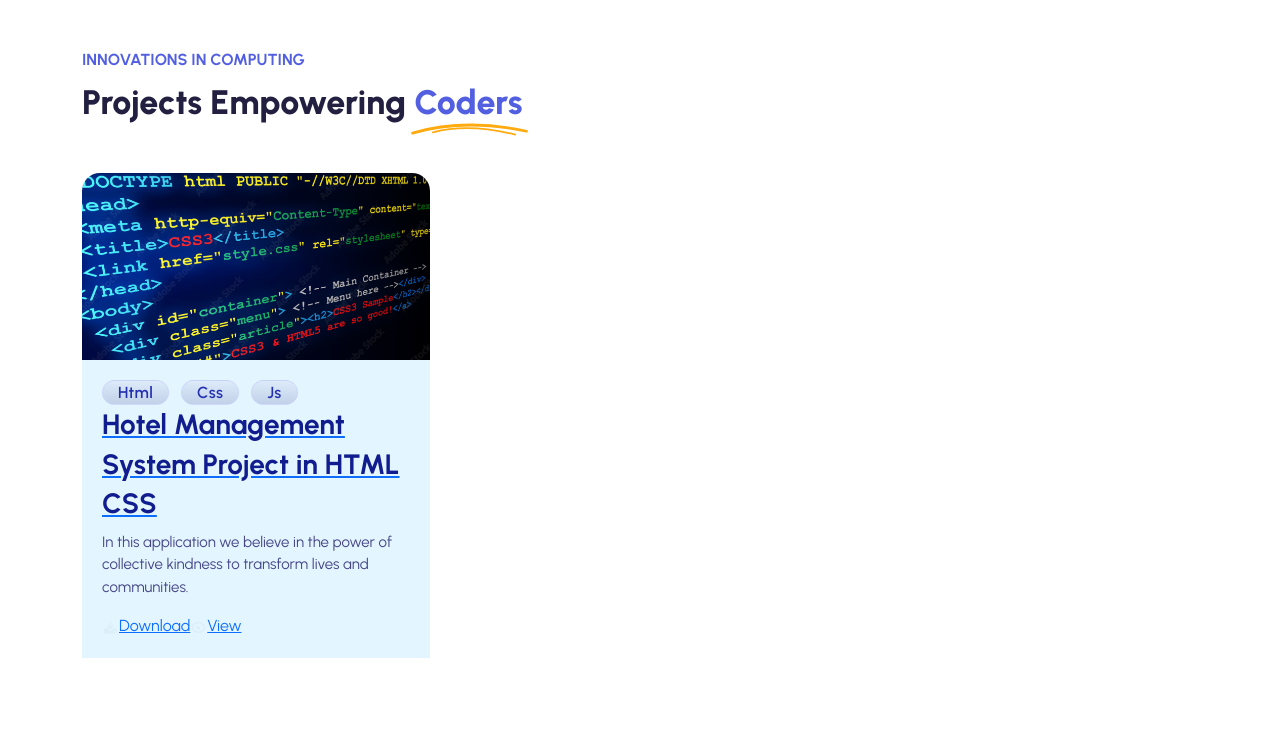
Repository: sharma171/jtccreativeideas
Page: /newsection (app in nextjssite/)
These files come from the project's save history. The page is drawn as it stood at one moment and after the next save; the edit follows.
The browser window is 1280 px wide. The pictures show the whole page.
The project was rebuilt for these pictures with package versions that can differ from the ones it lists, and the page was loaded fresh each time. The framework's server and built-in components were replaced by stand-ins that run in the browser. Also part of the build but not shown: nextjssite/next.config.mjs.

Above is the page before, as saved 2024-03-28 14:13:41.

### nextjssite/src/app/layout.js
// import { Inter } from "next/font/google";
// import "./globals.css";
import 'bootstrap/dist/css/bootstrap.min.css';

// const inter = Inter({ subsets: ["latin"] });

export const metadata = {
  title: "Create Next App",
  description: "Generated by create next app",
};

 const RootLayout = ({ children }) => {
  return (
    <html lang="en">
      <body>
        {/* Layout UI */}
        <main>{children}</main>
      </body>
    </html>
  )
}
export default RootLayout;

### nextjssite/src/app/newsection/page.jsx
import React from 'react'
import "./page.css"
import Headicon from "./after-head-icon.svg"
import Image from 'next/image'
import Link from 'next/link'
import Projimg1 from './images/projsection1.png'
import Projimg2 from './images/projsection2.png'
import Projimg3 from './images/projsection3.png'
import Downloadicon from './images/Download-icon.svg'
import Viewicon from './images/view-icon.svg'
const Page = () => {
    return(
        <>
        <section className="projects">
            <div className="container">
                <div className="col-flex main-head">
                    <h5 className="small-head">Innovations in Computing</h5>
                    <h3 className="bghead">Projects Empowering <span>Coders
                        <Image src={Headicon}></Image></span></h3>
                </div>
                <ul className="row-flex project-cards">
                    <li>

                            <div className="card-inner">
                                <Image src={Projimg1} alt="project" className="thumb"></Image>
                                <div className="info">
                                    <div className="tech-info">
                                        <span>Html</span>
                                        <span>Css</span>
                                        <span>Js</span>
                                    </div>
                                    <Link href="/newsection">
                                    <h3 className="heading">
                                        Hotel Management System Project in HTML CSS
                                    </h3>
                                    </Link>
                                    <p className="cardpara">
                                        In this application we believe in the power of collective kindness to transform lives and communities.
                                    </p>
                                    <div className="card-button">
                                        <a href="" className="bot-button">
                                            <Image src={Downloadicon} alt='icon'></Image>
                                            Download
                                        </a>
                                        <a href="" className="bot-button">
                                            <Image src={Viewicon} alt='icon'></Image>
                                            View
                                        </a>
                                    </div>
                                </div>
                            </div>
                    </li>
                </ul>
            </div>
        </section>
        </>
    )
}
export default Page;

### nextjssite/src/app/newsection/page.css
@import url('https://fonts.googleapis.com/css2?family=Urbanist:ital,wght@0,100..900;1,100..900&display=swap');
* {
    font-family: 'Urbanist', sans-serif;
    font-optical-sizing: auto;
}

section.projects {
    padding: 50px 0;
}
.main-head .small-head {
    color: #525fe1;
    font-size: 16px;
    font-weight: 700;
    text-transform: uppercase;
}
.main-head .bghead {
    color: #231f40;
    font-size: 34px;
    line-height: 1.5em;
    font-weight: 800;
}
.main-head .bghead span {
    color: #525fe1;
    position: relative;
}
.main-head .bghead span img {
    position: absolute;
    top: 100%;
    left: -5.9999999999999964px;
    width: 122.29999999999994px;
    height: 12.600000000000012px;
}
.project-cards {
    padding: 0;
    margin: 45px 0;
    list-style: none;
}
.project-cards li {
    width: calc(33.33333333333333% - 24px);
    border-top-left-radius: 18px;
    border-top-right-radius: 18px;
    background: #E3F5FF;
}
.project-cards li .card-inner {
    display: flex;
    flex-direction: column;
    width: 100%;
    border-top-left-radius: 18px;
    border-top-right-radius: 18px;
}
.project-cards li .card-inner .thumb {
    width: 100%;
    max-width: 100%;
    height: auto;
    object-fit: cover;
    border-top-left-radius: 18px;
    border-top-right-radius: 18px;
}
.project-cards li .card-inner .info {
    padding: 20px 20px;
    display: flex;
    flex-direction: column;
}

.project-cards li .card-inner .info .tech-info {
    display: flex;
    flex-direction: row;
    align-items: center;
    gap: 12px;
}
.project-cards li .card-inner .info .tech-info span {
    height: 25px;
    font-size: 16px;
    color: #222FB0;
    padding: 0 15px;
    font-weight: 600;
    letter-spacing: 0.3px;
    line-height: 16px;
    background: linear-gradient(181deg, #d2d7f152, #C0D0E7);
    align-content: center;
    border-radius: 19px;
    border: 1px solid #ccd3fbc2;
}
.project-cards li .card-inner .info .heading {
    font-style: 24px;
    line-height: 1.4em;
    font-weight: 700;
    color: #111D8F;
}
.project-cards li .card-inner .info .cardpara {
    font-size: 15px;
    line-height: 1.5em;
    font-weight: 400;
    color: #444487;
}

After the next save:
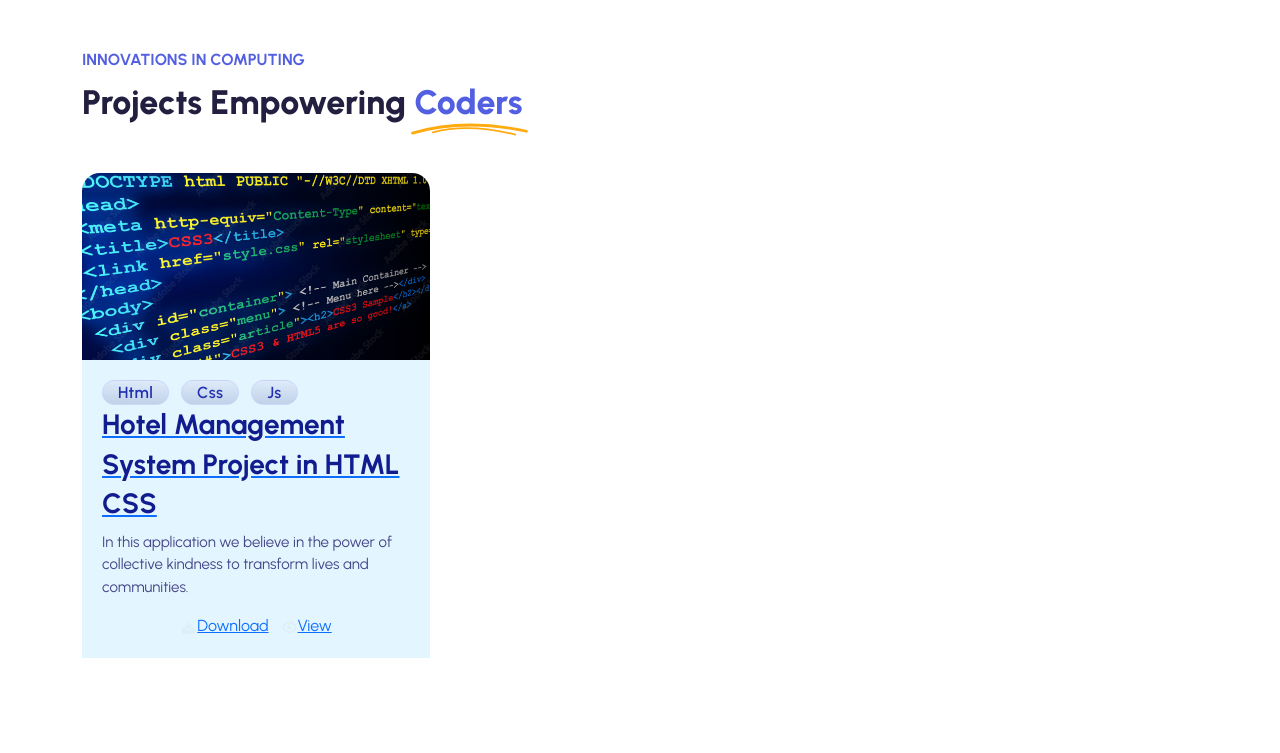
Saved 60 s later.
--- a/nextjssite/src/app/newsection/page.css
+++ b/nextjssite/src/app/newsection/page.css
@@ -93,3 +93,10 @@ section.projects {
     font-weight: 400;
     color: #444487;
 }
+.project-cards li .card-inner .info .card-button {
+    display: flex;
+    flex-direction: row;
+    align-items: center;
+    justify-content: center;
+    gap: 12px;
+}
